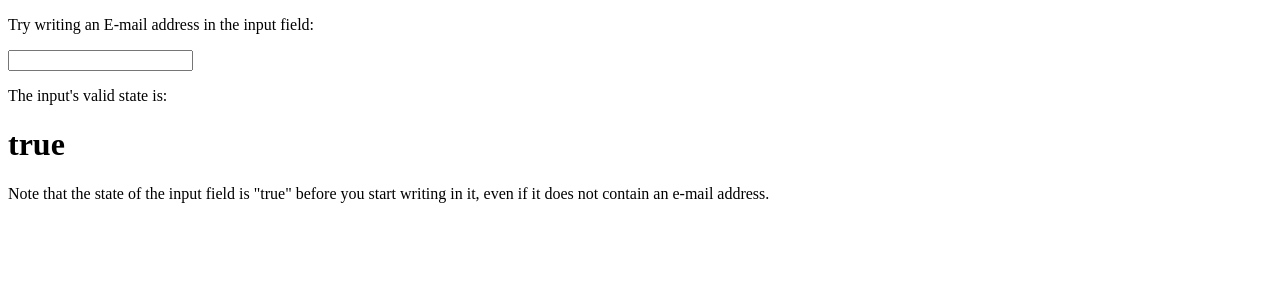
Repository: jack-1195/dtproject
Page: angular/AngularJS/WebContent/Forms/FormValidateEmailid.html
These files come from the project's save history. The page is drawn as it stood at one moment and after the next save; the edit follows.
The browser window is 1280 px wide. The pictures show the whole page.
Some web libraries are served in a nearby version.

Above is the page before, as saved 2016-07-04 05:55:41.

### angular/AngularJS/WebContent/Forms/FormValidateEmailid.html
<!DOCTYPE html>
<html>
<script src="http://ajax.googleapis.com/ajax/libs/angularjs/1.4.8/angular.min.js"></script>
<body ng-app="">

<p>Try writing an E-mail address in the input field:</p>

<form name="myForm">
<input type="email" name="myInput" ng-model="myInput">
</form>

<p>The input's valid state is:</p>
<h1>{{myForm.myInput.$valid}}</h1>
<p>Note that the state of the input field is "true" before you start writing in it, even if it does not contain an e-mail address.</p>

</body>
</html>

After the next save:
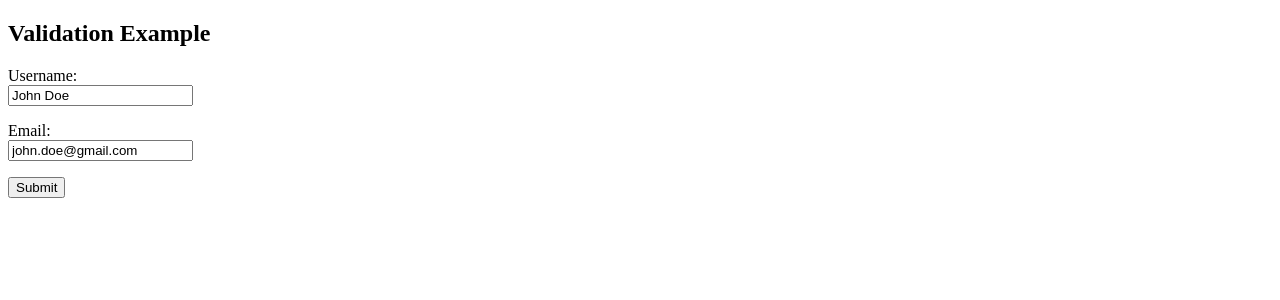
Saved 2 min 46 s later.
--- a/angular/AngularJS/WebContent/Forms/FormValidateEmailid.html
+++ b/angular/AngularJS/WebContent/Forms/FormValidateEmailid.html
@@ -1,17 +1,43 @@
 <!DOCTYPE html>
 <html>
 <script src="http://ajax.googleapis.com/ajax/libs/angularjs/1.4.8/angular.min.js"></script>
-<body ng-app="">
+<body>
 
-<p>Try writing an E-mail address in the input field:</p>
+<h2>Validation Example</h2>
 
-<form name="myForm">
-<input type="email" name="myInput" ng-model="myInput">
+<form ng-app="myApp" ng-controller="validateCtrl"
+name="myForm" novalidate>
+
+<p>Username:<br>
+<input type="text" name="user" ng-model="user" required>
+<span style="color:red" ng-show="myForm.user.$dirty && myForm.user.$invalid">
+<span ng-show="myForm.user.$error.required">Username is required.</span>
+</span>
+</p>
+
+<p>Email:<br>
+<input type="email" name="email" ng-model="email" required>
+<span style="color:red" ng-show="myForm.email.$dirty && myForm.email.$invalid">
+<span ng-show="myForm.email.$error.required">Email is required.</span>
+<span ng-show="myForm.email.$error.email">Invalid email address.</span>
+</span>
+</p>
+
+<p>
+<input type="submit"
+ng-disabled="myForm.user.$dirty && myForm.user.$invalid ||
+myForm.email.$dirty && myForm.email.$invalid">
+</p>
+
 </form>
 
-<p>The input's valid state is:</p>
-<h1>{{myForm.myInput.$valid}}</h1>
-<p>Note that the state of the input field is "true" before you start writing in it, even if it does not contain an e-mail address.</p>
+<script>
+var app = angular.module('myApp', []);
+app.controller('validateCtrl', function($scope) {
+    $scope.user = 'John Doe';
+    $scope.email = 'john.doe@gmail.com';
+});
+</script>
 
 </body>
 </html>
